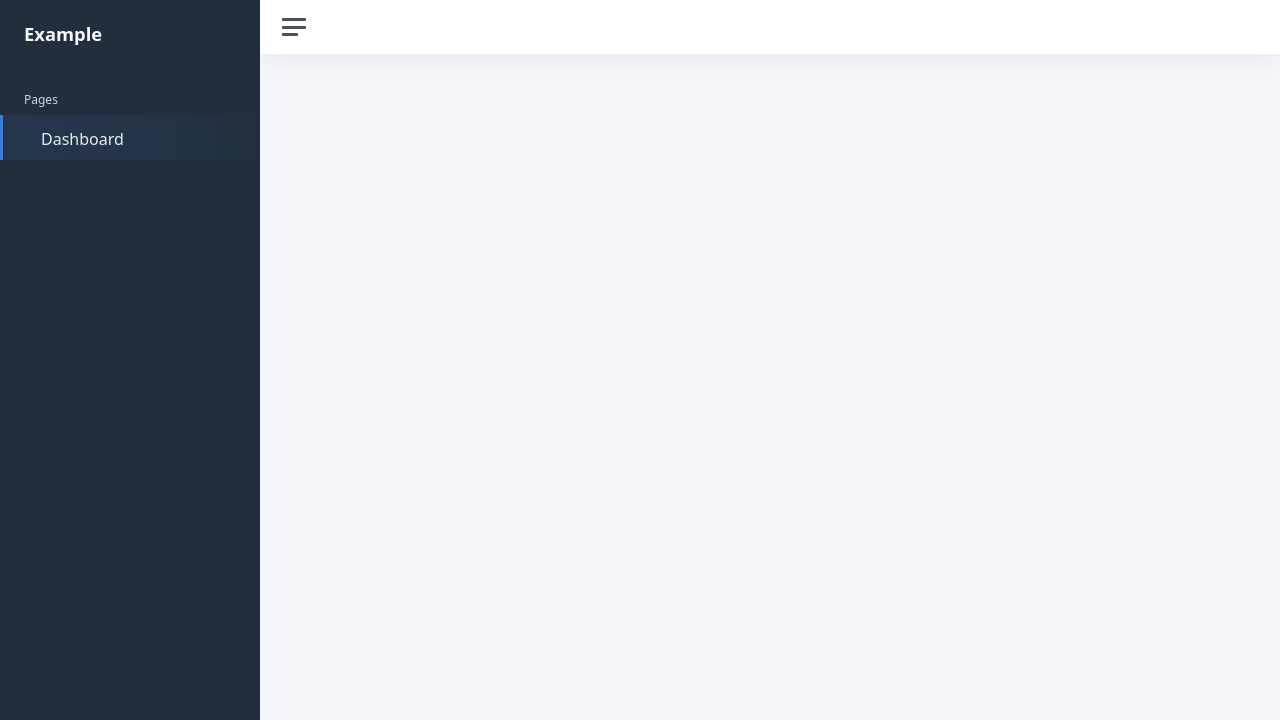
Repository: nick2price2003/rr-app
Page: /
The author's editor kept a copy of each file at every save. The page is drawn from the files as they stood at one save, then again after a run of saves.
The browser window is 1280 px wide. The pictures show the whole page.
The project was rebuilt for these pictures with package versions that can differ from the ones it lists, and the page was loaded fresh each time. The framework's server and built-in components were replaced by stand-ins that run in the browser. Also part of the build but not shown: next.config.js.

Above is the page before, as saved 2022-10-11 12:54:22.

After the next 2 saves:
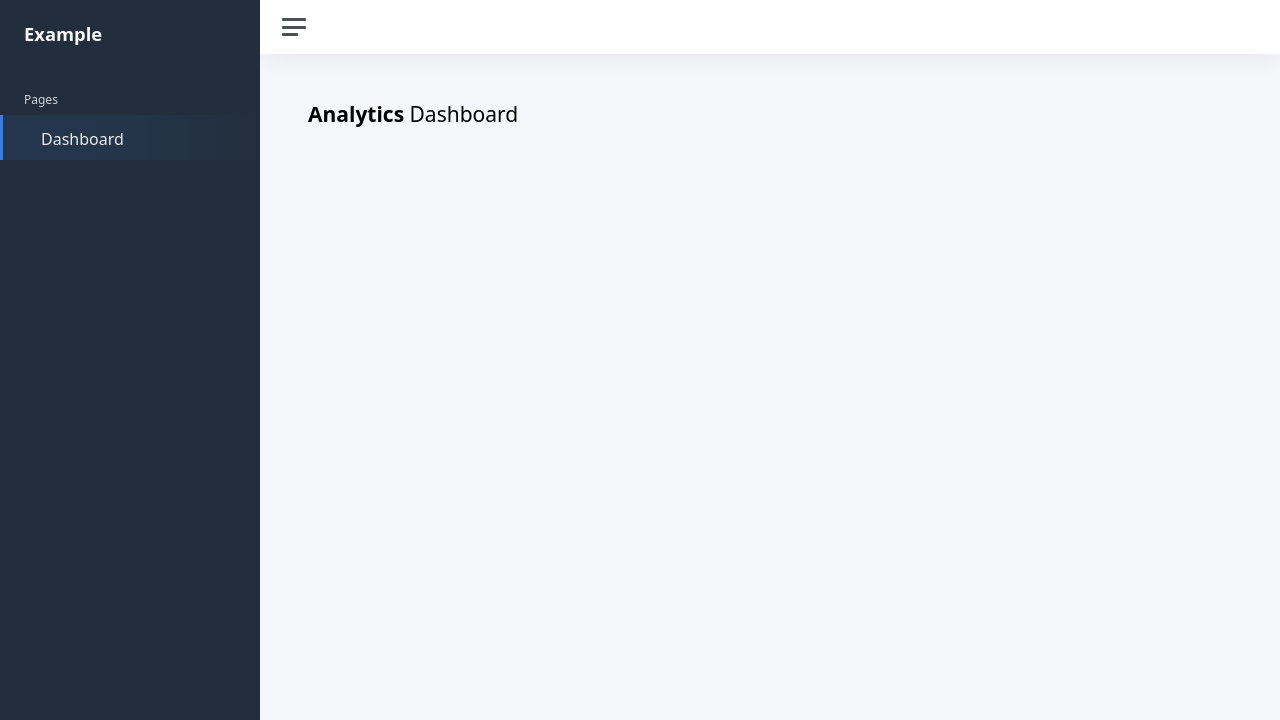
The 2 saves are shown as one change because they came seconds apart.
The last was saved 28 s later.
--- a/pages/index.js
+++ b/pages/index.js
@@ -35,6 +35,12 @@ export default function Home() {
               <i className='hamburger align-self-center'></i>
             </a>
           </nav>
+          <main class="content">
+				<div class="container-fluid p-0">
+
+					<h1 class="h3 mb-3"><strong>Analytics</strong> Dashboard</h1>
+          </div>
+          </main>
         </div>
       </div>
     </div>
